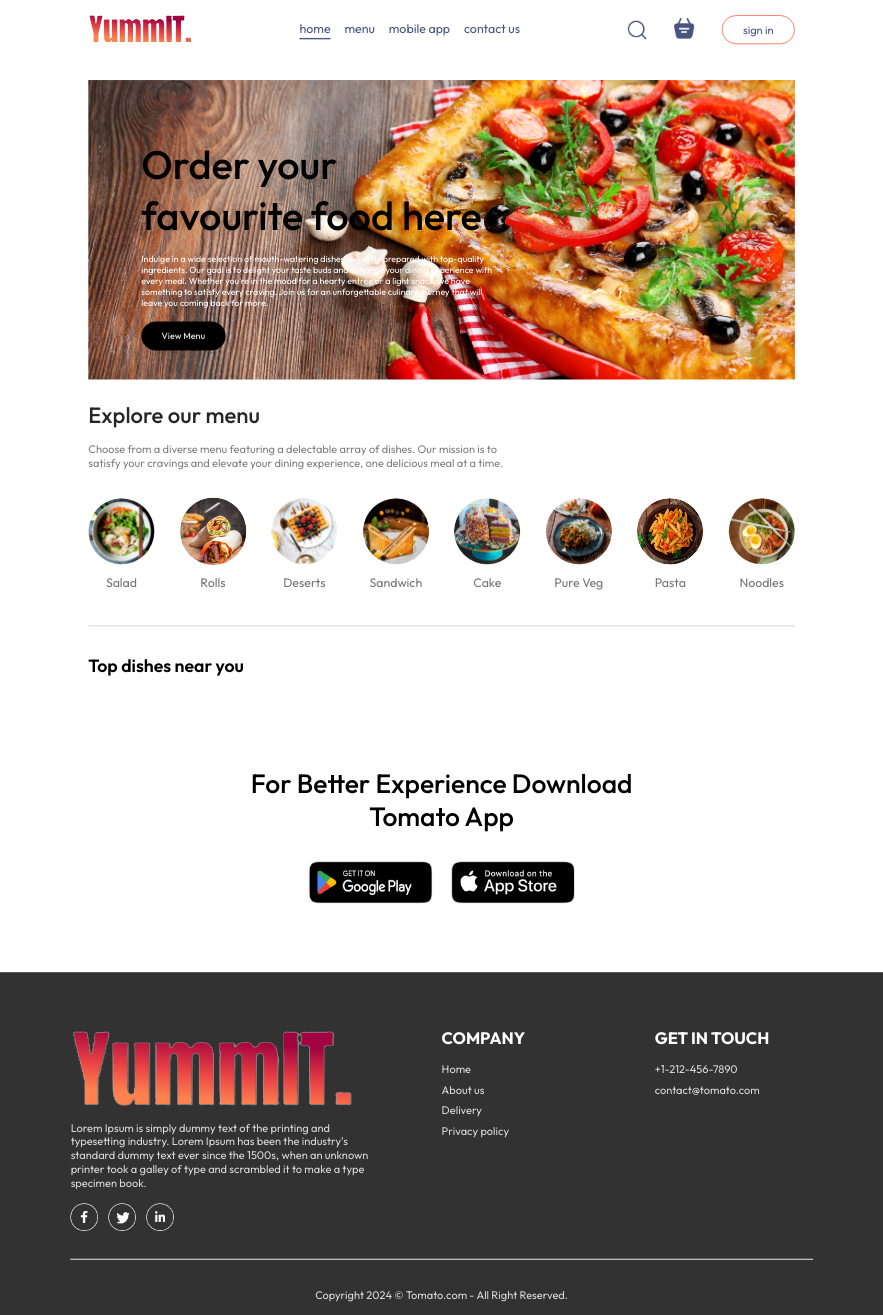
Repository: RiteshDumpala/FoodDelivery_website
Page: / (app in food-del/frontend/)
An editor plug-in stored every save of this project. The page is shown before and after the next save, followed by the edit.
The browser window is 1280 px wide. The pictures show the whole page, at 69% of full size.
The page's requests for data from a server got no answer. The project was rebuilt for these pictures with package versions that can differ from the ones it lists, and the page was loaded fresh each time. No one was signed in, and anything a server would have sent is missing. Also part of the build but not shown: food-del/frontend/vite.config.js, food-del/frontend/src/components/FoodItem/FoodItem.css, food-del/frontend/src/components/FoodItem/FoodItem.jsx, food-del/frontend/src/pages/Cart/Cart.css, food-del/frontend/src/pages/Cart/Cart.jsx, food-del/frontend/src/components/LoginPopup/LoginPopup.css, food-del/frontend/src/components/LoginPopup/LoginPopup.jsx, food-del/frontend/src/pages/PlaceOrder/PlaceOrder.css and 5 more.

Above is the page before, as saved 2024-12-02 12:26:10.

### food-del/frontend/index.html
<!doctype html>
<html lang="en">
  <head>
    <meta charset="UTF-8" />
    <link rel="icon" type="image/svg+xml" href="/vite.svg" />
    <meta name="viewport" content="width=device-width, initial-scale=1.0" />
    <title>YummIT</title>
  </head>
  <body>
    <div id="root"></div>
    <script type="module" src="/src/main.jsx"></script>
  </body>
</html>

### food-del/frontend/src/Context/StoreContext.jsx
import { createContext, useEffect, useState } from "react";
import { food_list, menu_list } from "../assets/assets";
import axios from "axios";
export const StoreContext = createContext(null);

const StoreContextProvider = (props) => {

    const url = "http://localhost:4000"
    const [food_list, setFoodList] = useState([]);
    const [cartItems, setCartItems] = useState({});
    const [token, setToken] = useState("")
    const currency = "$";
    const deliveryCharge = 5;

    const addToCart = async (itemId) => {
        if (!cartItems[itemId]) {
            setCartItems((prev) => ({ ...prev, [itemId]: 1 }));
        }
        else {
            setCartItems((prev) => ({ ...prev, [itemId]: prev[itemId] + 1 }));
        }
        if (token) {
            await axios.post(url + "/api/cart/add", { itemId }, { headers: { token } });
        }
    }

    const removeFromCart = async (itemId) => {
        setCartItems((prev) => ({ ...prev, [itemId]: prev[itemId] - 1 }))
        if (token) {
            await axios.post(url + "/api/cart/remove", { itemId }, { headers: { token } });
        }
    }

    const getTotalCartAmount = () => {
        let totalAmount = 0;
        for (const item in cartItems) {
            try {
              if (cartItems[item] > 0) {
                let itemInfo = food_list.find((product) => product._id === item);
                totalAmount += itemInfo.price * cartItems[item];
            }
            } catch (error) {

            }

        }
        return totalAmount;
    }

    const fetchFoodList = async () => {
        const response = await axios.get(url + "/api/food/list");
        setFoodList(response.data.data)
    }

    const loadCartData = async (token) => {
        const response = await axios.post(url + "/api/cart/get", {}, { headers: token });
        setCartItems(response.data.cartData);
    }

    useEffect(() => {
        async function loadData() {
            await fetchFoodList();
            if (localStorage.getItem("token")) {
                setToken(localStorage.getItem("token"))
                await loadCartData({ token: localStorage.getItem("token") })
            }
        }
        loadData()
    }, [])

    const contextValue = {
        url,
        food_list,
        menu_list,
        cartItems,
        addToCart,
        removeFromCart,
        getTotalCartAmount,
        token,
        setToken,
        loadCartData,
        setCartItems,
        currency,
        deliveryCharge
    };

    return (
        <StoreContext.Provider value={contextValue}>
            {props.children}
        </StoreContext.Provider>
    )

}

export default StoreContextProvider;

### food-del/frontend/src/components/Footer/Footer.jsx
import React from 'react'
import './Footer.css'
import { assets } from '../../assets/assets'

const Footer = () => {
  return (
    <div className='footer' id='footer'>
      <div className="footer-content">
        <div className="footer-content-left">
            <img src={assets.logo} alt="" />
            <p>Lorem Ipsum is simply dummy text of the printing and typesetting industry. Lorem Ipsum has been the industry's standard dummy text ever since the 1500s, when an unknown printer took a galley of type and scrambled it to make a type specimen book.</p>
            <div className="footer-social-icons">
                <img src={assets.facebook_icon} alt="" />
                <img src={assets.twitter_icon} alt="" />
                <img src={assets.linkedin_icon} alt="" />
            </div>
        </div>
        <div className="footer-content-center">
            <h2>COMPANY</h2>
            <ul>
                <li>Home</li>
                <li>About us</li>
                <li>Delivery</li>
                <li>Privacy policy</li>
            </ul>
        </div>
        <div className="footer-content-right">
            <h2>GET IN TOUCH</h2>
            <ul>
                <li>+1-212-456-7890</li>
                <li>contact@tomato.com</li>
            </ul>
        </div>
      </div>
      <hr />
      <p className="footer-copyright">Copyright 2024 © Tomato.com - All Right Reserved.</p>
    </div>
  )
}

export default Footer

### food-del/frontend/src/components/Navbar/Navbar.jsx
import React, { useContext, useEffect, useState } from 'react'
import './Navbar.css'
import { assets } from '../../assets/assets'
import { Link, useNavigate } from 'react-router-dom'
import { StoreContext } from '../../Context/StoreContext'

const Navbar = ({ setShowLogin }) => {

  const [menu, setMenu] = useState("home");
  const { getTotalCartAmount, token ,setToken } = useContext(StoreContext);
  const navigate = useNavigate();

  const logout = () => {
    localStorage.removeItem("token");
    setToken("");
    navigate('/')
  }

  return (
    <div className='navbar'>
      <Link to='/'><img className='logo' src={assets.logo} alt="" /></Link>
      <ul className="navbar-menu">
        <Link to="/" onClick={() => setMenu("home")} className={`${menu === "home" ? "active" : ""}`}>home</Link>
        <a href='#explore-menu' onClick={() => setMenu("menu")} className={`${menu === "menu" ? "active" : ""}`}>menu</a>
        <a href='#app-download' onClick={() => setMenu("mob-app")} className={`${menu === "mob-app" ? "active" : ""}`}>mobile app</a>
        <a href='#footer' onClick={() => setMenu("contact")} className={`${menu === "contact" ? "active" : ""}`}>contact us</a>
      </ul>
      <div className="navbar-right">
        <img src={assets.search_icon} alt="" />
        <Link to='/cart' className='navbar-search-icon'>
          <img src={assets.basket_icon} alt="" />
          <div className={getTotalCartAmount() > 0 ? "dot" : ""}></div>
        </Link>
        {!token ? <button onClick={() => setShowLogin(true)}>sign in</button>
          : <div className='navbar-profile'>
            <img src={assets.profile_icon} alt="" />
            <ul className='navbar-profile-dropdown'>
              <li onClick={()=>navigate('/myorders')}> <img src={assets.bag_icon} alt="" /> <p>Orders</p></li>
              <hr />
              <li onClick={logout}> <img src={assets.logout_icon} alt="" /> <p>Logout</p></li>
            </ul>
          </div>
        }

      </div>
    </div>
  )
}

export default Navbar

### food-del/frontend/src/components/Header/Header.jsx
import React from 'react'
import './Header.css'

const Header = () => {
    return (
        <div className='header'>
            <div className='header-contents'>
                <h2>Order your favourite food here</h2>
                <p>Indulge in a wide selection of mouth-watering dishes, expertly prepared with top-quality ingredients. Our goal is to delight your taste buds and enhance your dining experience with every meal. Whether you're in the mood for a hearty entrée or a light snack, we have something to satisfy every craving. Join us for an unforgettable culinary journey that will leave you coming back for more.</p>
                <button>View Menu</button>
            </div>
        </div>
    )
}

export default Header

### food-del/frontend/src/components/ExploreMenu/ExploreMenu.jsx
import React, { useContext } from 'react'
import './ExploreMenu.css'
import { StoreContext } from '../../Context/StoreContext'

const ExploreMenu = ({category,setCategory}) => {

  const {menu_list} = useContext(StoreContext);

  return (
    <div className='explore-menu' id='explore-menu'>
      <h1>Explore our menu</h1>
      <p className='explore-menu-text'>Choose from a diverse menu featuring a delectable array of dishes. Our mission is to satisfy your cravings and elevate your dining experience, one delicious meal at a time.</p>
      <div className="explore-menu-list">
        {menu_list.map((item,index)=>{
            return (
                <div onClick={()=>setCategory(prev=>prev===item.menu_name?"All":item.menu_name)} key={index} className='explore-menu-list-item'>
                    <img src={item.menu_image} className={category===item.menu_name?"active":""} alt="" />
                    <p>{item.menu_name}</p>
                </div>
            )
        })}
      </div>
      <hr />
    </div>
  )
}

export default ExploreMenu

### food-del/frontend/src/components/FoodDisplay/FoodDisplay.jsx
import React, { useContext } from 'react'
import './FoodDisplay.css'
import FoodItem from '../FoodItem/FoodItem'
import { StoreContext } from '../../Context/StoreContext'

const FoodDisplay = ({category}) => {

  const {food_list} = useContext(StoreContext);

  return (
    <div className='food-display' id='food-display'>
      <h2>Top dishes near you</h2>
      <div className='food-display-list'>
        {food_list.map((item)=>{
          if (category==="All" || category===item.category) {
            return <FoodItem key={item._id} image={item.image} name={item.name} desc={item.description} price={item.price} id={item._id}/>
          }
        })}
      </div>
    </div>
  )
}

export default FoodDisplay

### food-del/frontend/src/components/Footer/Footer.css
.footer{
    color: #D9D9D9;
    background-color: #323232;
    display: flex;
    flex-direction: column;
    align-items: center;
    gap: 20px;
    padding: 20px 8vw;
    padding-top: 80px;
}
.footer-content{
    width: 100%;
    display: grid;
    grid-template-columns: 2fr 1fr 1fr;
    gap: 80px;
}
.footer-content-left , .footer-content-center , .footer-content-right {
    display: flex;
    flex-direction: column;
    align-items: start;
    gap: 20px;
}
.footer-content-left ul li, .footer-content-center ul li, .footer-content-right ul li{
    margin-bottom: 10px;
    list-style: none;
}
.footer-content-left h2, .footer-content-center h2, .footer-content-right h2{
    color: white;
}
.footer-social-icons img{
    width: 40px;
}
.footer-social-icons{
    display: flex;
    gap: 15px;
}
.footer li{
    cursor: pointer;
}
.footer hr{
    width: 100%;
    height: 2px;
    margin: 20px 0px;
}
@media (max-width:750px) {
    .footer-content{
        display: flex;
        flex-direction: column;
        gap: 35px;
    }
    .footer-copyright{
        text-align: center;
    }
}

### food-del/frontend/src/components/Navbar/Navbar.css
.navbar {
    padding: 20px 0px;
    display: flex;
    justify-content: space-between;
    align-items: center;
}

.navbar .logo {
    width: 150px;
}

.navbar-menu {
    display: flex;
    list-style: none;
    gap: 20px;
    color: #49557E;
    font-size: 18px;
}

.navbar-menu .active {
    padding-bottom: 2px;
    border-bottom: 2px solid #49557E;
}

.navbar-right {
    display: flex;
    align-items: center;
    gap: 40px;
}

.navbar-search-icon{
position: relative;
}

.navbar-search-icon .dot{
    position: absolute;
    min-width: 10px;
    min-height: 10px;
    background-color: #FF4C24;
    border-radius: 5px;
    top: -8px;
    right: -8px;
}

.navbar-right button {
    background: transparent;
    font-size: 16px;
    color: #49557E;
    border: 1px solid #FF4C24;
    padding: 10px 30px;
    border-radius: 50px;
    cursor: pointer;
    transition: 0.3s;
}

.navbar-right button:hover {
    background: #fff4f2;
}

.navbar-profile{
    position: relative;

}
.navbar-profile-dropdown{
    position: absolute;
    display: none;
    right: 0;
    z-index: 1;
}
.navbar-profile-dropdown li{
    display: flex;
    align-items: center;
    gap: 10px;
    cursor: pointer;
}
.navbar-profile-dropdown img{
    width: 20px;
}
.navbar-profile-dropdown li:hover{
    color: #FF4C24;
}
.navbar-profile:hover .navbar-profile-dropdown{
    display: flex;
    flex-direction: column;
    gap: 10px;
    background-color: #fff2ef;
    padding: 12px 25px;
    border-radius: 4px;
    border: 1px solid tomato;
    outline: 2px solid white;
    list-style: none;
}
.navbar-profile hr{
    background-color: gray;
    height: 1px;
    border: none;
}
@media (max-width:1050px) {
    .navbar .logo {
        width: 140px;
    }

    .navbar-menu {
        gap: 20px;
        font-size: 17px;
    }

    .navbar-right {
        gap: 30px;
    }

    .navbar-right img {
        width: 22px;
    }

    .navbar-right button {
        padding: 8px 25px;
    }
}

@media (max-width:900px) {
    .navbar .logo {
        width: 120px;
    }

    .navbar-menu {
        gap: 15px;
        font-size: 16px;
    }

    .navbar-right {
        gap: 20px;
    }

    .navbar-right img {
        width: 20px;
    }

    .navbar-right button {
        font-size: 15px;
        padding: 7px 20px;
    }
}

@media (max-width:750px) {
    .navbar-menu {
        display: none;
    }
}

### food-del/frontend/src/components/Header/Header.css
.header{
    height: 34vw;
    margin: 30px auto;
    background: url('/header_img.png') no-repeat;
    background-size:contain;
    position: relative;
}
.header-contents{
    position: absolute;
    display: flex;
    flex-direction: column;
    align-items: start;
    gap: 1.5vw;
    max-width: 50%;
    bottom: 10%;
    left: 6vw;
    animation: fadeIn 3s;
}
.header-contents h2{
    font-weight:500;
    color: black;
    font-size: max(4.5vw,22px);
}
.header-contents p{
    color: white;
    font-size: 1vw;
}
.header-contents button{
    border: none;
    color: #dadada;
    font-weight: 500;
    padding: 1vw 2.3vw;
    background: black;
    font-size: max(1vw,13px);
    border-radius: 50px;
}
@media (max-width:1050px) {
    .header{
        height: 38vw;
    }
    .header-contents{
        max-width: 45%;
    }
}
@media(max-width:750px){
    .header-contents{
        max-width: 55%;
    }
    .header-contents p{
       display: none;
    }
    .header-contents button{
        padding: 2vw 4vw;
    }
}

### food-del/frontend/src/components/ExploreMenu/ExploreMenu.css
.explore-menu{
    display: flex;
    flex-direction: column;
    gap: 20px;
}
.explore-menu h1{
    color: #262626;
    font-weight: 500;
}
.explore-menu-text{
    max-width: 60%;
    color: #808080;
}
.explore-menu-list{
    display: flex;
    justify-content: space-between;
    align-items: center;
    gap: 30px;
    text-align: center;
    margin: 20px 0px;
    overflow-x: scroll;
}
.explore-menu-list::-webkit-scrollbar{
    display: none;
}
.explore-menu-list-item img{
    width: 7.5vw;
    min-width: 80px;
    cursor: pointer;
    border-radius: 50%;
    transition: 0.2s;
}
.explore-menu-list-item .active{
    border: 4px solid tomato;
    padding: 2px;
}
.explore-menu-list-item p{
    margin-top: 10px;
    color: #747474;
    font-size: max(1.4vw,16px);
    cursor: pointer;
}
.explore-menu hr{
    margin: 10px 0px;
    height: 2px;
    background-color: #E2E2E2;
    border: none;
}
@media (max-width:1050px) {
    .explore-menu-text{
        max-width: 100%;
        font-size: 14px;
    }
}

Loaded but not shown: food-del/frontend/src/main.jsx (common file); food-del/frontend/src/App.jsx (common file); food-del/frontend/src/index.css (common file); food-del/frontend/src/pages/Home/Home.jsx (common file); food-del/frontend/src/components/AppDownload/AppDownload.jsx (common file); food-del/frontend/src/components/FoodDisplay/FoodDisplay.css (common file); food-del/frontend/src/components/AppDownload/AppDownload.css (common file); food-del/frontend/src/assets/assets.js (354 lines, source omitted)

After the next save:
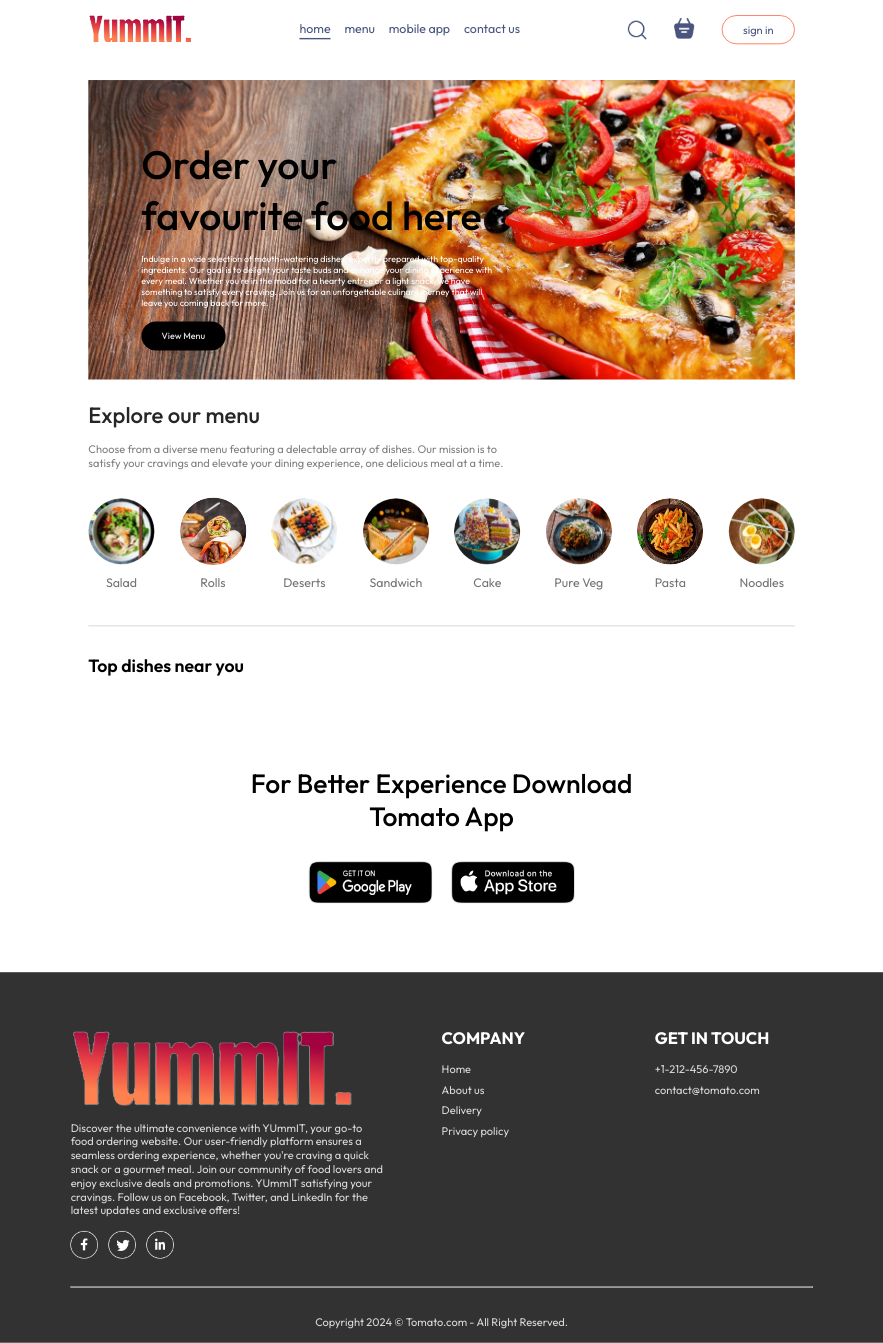
Saved 49 min 50 s later.
--- a/food-del/frontend/src/components/Footer/Footer.jsx
+++ b/food-del/frontend/src/components/Footer/Footer.jsx
@@ -8,7 +8,9 @@ const Footer = () => {
       <div className="footer-content">
         <div className="footer-content-left">
             <img src={assets.logo} alt="" />
-            <p>Lorem Ipsum is simply dummy text of the printing and typesetting industry. Lorem Ipsum has been the industry's standard dummy text ever since the 1500s, when an unknown printer took a galley of type and scrambled it to make a type specimen book.</p>
+            <p>Discover the ultimate convenience with YUmmIT, your go-to food ordering website. Our user-friendly platform ensures a seamless ordering experience, whether you're craving a quick snack or a gourmet meal. Join our community of food lovers and enjoy exclusive deals and promotions. YUmmIT satisfying your cravings.
+            Follow us on Facebook, Twitter, and LinkedIn for the latest updates and exclusive offers!
+            </p>
             <div className="footer-social-icons">
                 <img src={assets.facebook_icon} alt="" />
                 <img src={assets.twitter_icon} alt="" />
